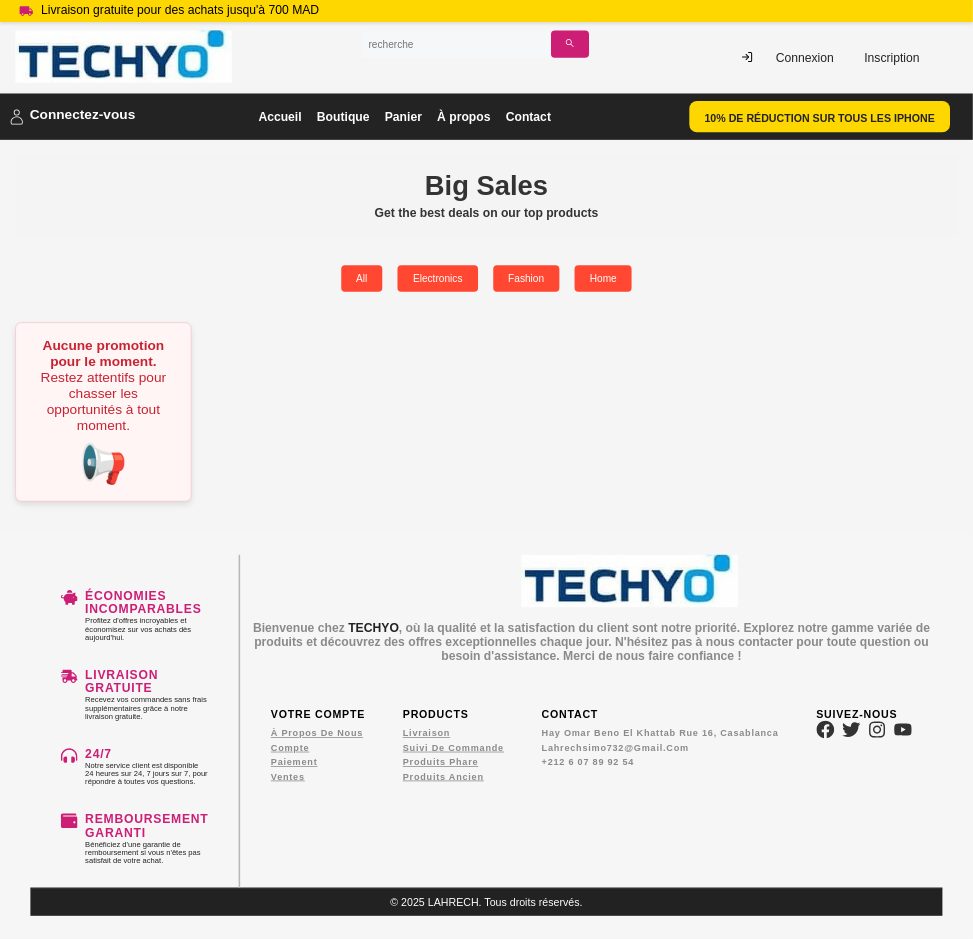
Repository: sebti-cloud/project-modern
Page: /sales (app in ecommerce_website/)
An editor plug-in stored every save of this project. The page is shown before and after the next save, followed by the edit.
The browser window is 1280 px wide. The pictures show the whole page, at 76% of full size.
The page's requests for data from a server got no answer. The project was rebuilt for these pictures with package versions that can differ from the ones it lists, and the page was loaded fresh each time. No one was signed in, and anything a server would have sent is missing. Also part of the build but not shown: ecommerce_website/src/comp/home.js, ecommerce_website/src/comp/shop.js, ecommerce_website/src/comp/cart.js, ecommerce_website/src/comp/contact.js, ecommerce_website/src/comp/rout.js, ecommerce_website/src/comp/Products.js, ecommerce_website/src/comp/Orders.js, ecommerce_website/src/comp/LikedProducts.js and 23 more.

Above is the page before, as saved 2025-01-08 18:31:39.

### ecommerce_website/src/styles/app.css
/* app.css */
body {
    font-family: Arial, sans-serif;
    margin: 0;
    padding: 0;
    background-color: #f5f5f5;
  }

  h1 {
    color: #333;
  }

  button {
    background-color: #007bff;
    color: white;
    border: none;
    padding: 10px 20px;
    cursor: pointer;
  }

  button:hover {
    background-color: #0056b3;
  }

### ecommerce_website/src/comp/Sales.js
import React, { useState, useEffect } from 'react';
import './sales.css';
import { AiOutlineShoppingCart } from 'react-icons/ai';

const Sales = ({ addtocart }) => {
    const [products, setProducts] = useState([]);
    const [loading, setLoading] = useState(true);
    const [filter, setFilter] = useState('all');

    useEffect(() => {
        fetchProducts();
    }, []);

    const fetchProducts = async () => {
        try {
            const response = await fetch('http://localhost:3001/api/products');
            const data = await response.json();
            const salesProducts = data.filter((x) => x.types && x.types.includes('sale'));
            setProducts(salesProducts);
            setLoading(false);
        } catch (error) {
            console.error('Error fetching products:', error);
            setLoading(false);
        }
    };

    const filterProducts = async (category) => {
        setFilter(category);
        setLoading(true);
        try {
            let url = `http://localhost:3001/api/products`;
            if (category !== 'all') {
                url += `?category=${category}`;
            }
            const response = await fetch(url);
            const data = await response.json();
            const filteredProducts = data.filter((x) => x.types && x.types.includes('sale'));
            setProducts(filteredProducts);
            setLoading(false);
        } catch (error) {
            console.error('Error fetching filtered products:', error);
            setLoading(false);
        }
    };

    return (
        <div className="sales">
            <div className="banner">
                <h2>Big Sales</h2>
                <p>Get the best deals on our top products</p>
            </div>
            <div className="filters">
                <button onClick={() => filterProducts('all')}>All</button>
                <button onClick={() => filterProducts('electronics')}>Electronics</button>
                <button onClick={() => filterProducts('fashion')}>Fashion</button>
                <button onClick={() => filterProducts('home')}>Home</button>
            </div>
            {loading ? (
                <div className="loading">Loading...</div>
            ) : (
                <div className="products_grid">
                    {products.length > 0 ? (
                        products.map(product => (
                            <div key={product.id} className="product_card">
                                <img src={`http://localhost:3001${product.image}`} alt={product.name} />
                                <h3>{product.name}</h3>
                                <p>{product.price} MAD</p>
                                <button onClick={() => addtocart(product)}>
                                    <AiOutlineShoppingCart /> Add to Cart
                                </button>
                            </div>
                        ))
                    ) : (
                        <div className="no-promotions" style={{
                            textAlign: 'center',
                            backgroundColor: '#fff5f5',
                            color: '#c82333',
                            padding: '20px',
                            borderRadius: '8px',
                            border: '1px solid #f5c6cb',
                            marginTop: '20px',
                            boxShadow: '0 4px 8px rgba(0, 0, 0, 0.1)',
                            fontFamily: 'Arial, sans-serif',
                            fontSize: '18px',
                            maxWidth: '600px',
                            margin: '20px auto'
                        }}>
                            <strong>Aucune promotion pour le moment.</strong>
                            <p>Restez attentifs pour chasser les opportunités à tout moment.</p>
                            <div style={{ fontSize: '50px', color: '#c82333', marginTop: '10px' }}>📢</div>
                        </div>
                    )}
                </div>
            )}
        </div>
    );
};

export default Sales;

### ecommerce_website/src/comp/sales.css
.sales {
    width: 100%;
    padding: 20px;
}

.banner {
    text-align: center;
    background-color: #ff4732;
    color: #fff;
    padding: 20px 0;
}

.banner h2 {
    font-size: 36px;
    margin: 0;
}

.banner p {
    font-size: 16px;
}

.filters {
    display: flex;
    justify-content: center;
    margin: 20px 0;
}

.filters button {
    margin: 0 10px;
    padding: 10px 20px;
    border: none;
    background-color: #ff4732;
    color: #fff;
    cursor: pointer;
    transition: background-color 0.3s ease;
}

.filters button:hover {
    background-color: #e03c2f;
}

.products_grid {
    display: grid;
    grid-template-columns: repeat(auto-fill, minmax(200px, 1fr));
    gap: 20px;
}

.product_card {
    background-color: #fff;
    border: 1px solid #ddd;
    padding: 10px;
    text-align: center;
    transition: transform 0.3s ease;
}

.product_card img {
    max-width: 100%;
    height: auto;
}

.product_card h3 {
    font-size: 18px;
    margin: 10px 0;
}

.product_card p {
    font-size: 16px;
    color: #ff4732;
    margin: 10px 0;
}

.product_card button {
    background-color: #ff4732;
    color: #fff;
    border: none;
    padding: 10px 20px;
    cursor: pointer;
    transition: background-color 0.3s ease;
}

.product_card button:hover {
    background-color: #e03c2f;
}

### ecommerce_website/src/comp/delivery.css
.delivery {
    width: 100%;
    padding: 20px;
    font-family: 'Arial', sans-serif;
    color: #333;
}

.banner {
    text-align: center;
    background-color: #007BFF;
    color: #fff;
    padding: 40px 0;
    margin-bottom: 40px;
}

.banner h2 {
    font-size: 36px;
    margin: 0;
}

.banner p {
    font-size: 16px;
    color: #333;
    font-weight: 600;
}

.options, .tracking, .faq, .contact {
    margin-top: 40px;
}

.options h3, .tracking h3, .faq h3, .contact h3 {
    font-size: 28px;
    margin-bottom: 20px;
    border-bottom: 2px solid #007BFF;
    padding-bottom: 10px;
    color: #cd176c;
}

.options ul, .faq ul {
    list-style-type: none;
    padding: 0;
}

.options li, .faq li {
    margin-bottom: 20px;
    padding: 20px;
    border: 1px solid #ddd;
    border-radius: 5px;
    background-color: #f9f9f9;
    transition: background-color 0.3s ease, border-color 0.3s ease;
}

.options li:hover, .faq li:hover {
    background-color: #fed700;
    border-color: #0056b3;
    color: #232323;
}

.options li h4, .faq li h4 {
    font-size: 22px;
    margin: 0 0 10px;
}

.tracking input {
    padding: 10px;
    width: calc(100% - 150px);
    margin-right: 10px;
    font-size: 16px;
    border: 1px solid #ddd;
    border-radius: 5px;
    box-sizing: border-box;
}

.tracking button {
    padding: 10px 20px;
    background-color: #007BFF;
    color: #fff;
    border: none;
    cursor: pointer;
    transition: background-color 0.3s ease;
    border-radius: 5px;
}

.tracking button:hover {
    background-color: #0056b3;
}

.tracking-info {
    margin-top: 20px;
    padding: 20px;
    background-color: #f9f9f9;
    border: 1px solid #ddd;
    border-radius: 5px;
}

.contact a {
    color: #cd176c;
    text-decoration: none;
}

.contact a:hover {
    text-decoration: underline;
}

.contact p {
    margin: 0;
}

### ecommerce_website/src/comp/TrackOrder.css
* {
    margin: 0;
    padding: 0;
    box-sizing: border-box;
}

.main {
    width: 100%;
    height: 100vh;
    display: flex;
    justify-content: center;
    align-items: center;
    font-family: 'Poppins', sans-serif;
    flex-direction: column;
}

.main .head {
    text-align: center;
}

.main .head .head_1 {
    font-size: 30px;
    font-weight: 600;
    color: #333;
}

.main .head .head_1 span {
    color: #ff4732;
}

.main .head .head_2 {
    font-size: 16px;
    font-weight: 600;
    color: #333;
    margin-top: 3px;
}

.main ul {
    display: flex;
    margin-top: 80px;
}

.main ul li {
    list-style: none;
    display: flex;
    flex-direction: column;
    align-items: center;
}

.main ul li .icon {
    font-size: 35px;
    color: #ff4732;
    margin: 0 60px;
}

.main ul li .text {
    font-size: 14px;
    font-weight: 600;
    color: #ff4732;
}

/* Progress Div Css */
.main ul li .progress {
    width: 30px;
    height: 30px;
    border-radius: 50%;
    background-color: rgba(68, 68, 68, 0.781);
    margin: 14px 0;
    display: grid;
    place-items: center;
    color: #fff;
    position: relative;
    cursor: pointer;
}

.progress::after {
    content: " ";
    position: absolute;
    width: 125px;
    height: 5px;
    background-color: rgba(68, 68, 68, 0.781);
    right: 30px;
}

.one::after {
    width: 0;
    height: 0;
}

.main ul li .progress .uil {
    display: none;
}

.main ul li .progress p {
    font-size: 13px;
}

/* Active Css */
.main ul li .active {
    background-color: #ff4732;
    display: grid;
    place-items: center;
}

li .active::after {
    background-color: #ff4732;
}

.main ul li .active p {
    display: none;
}

.main ul li .active .uil {
    font-size: 20px;
    display: flex;
}

/* Responsive Css */
@media (max-width: 980px) {
    .main ul {
        flex-direction: column;
    }

    .main ul li {
        flex-direction: row;
    }

    .main ul li .progress {
        margin: 0 30px;
    }

    .progress::after {
        width: 5px;
        height: 55px;
        bottom: 30px;
        left: 50%;
        transform: translateX(-50%);
        z-index: -1;
    }

    .one::after {
        height: 0;
    }

    .main ul li .icon {
        margin: 15px 0;
    }
}

@media (max-width: 600px) {
    .head .head_1 {
        font-size: 24px;
    }

    .head .head_2 {
        font-size: 16px;
    }
}

### ecommerce_website/src/comp/topProducts.css
.topProducts {
    width: 100%;
    padding: 20px;
}

.banner {
    text-align: center;
    background-color: #ff4732;
    color: #fff;
    padding: 20px 0;
}

.banner h2 {
    font-size: 36px;
    margin: 0;
}

.banner p {
    font-size: 16px;
}

.filters {
    display: flex;
    justify-content: center;
    margin: 20px 0;
}

.filters button {
    margin: 0 10px;
    padding: 10px 20px;
    border: none;
    background-color: #ff4732;
    color: #fff;
    cursor: pointer;
    transition: background-color 0.3s ease;
}

.filters button:hover {
    background-color: #e03c2f;
}

.products_grid {
    display: grid;
    grid-template-columns: repeat(auto-fill, minmax(200px, 1fr));
    gap: 20px;
}

.product_card {
    background-color: #fff;
    border: 1px solid #ddd;
    padding: 10px;
    text-align: center;
    transition: transform 0.3s ease;
}

.product_card img {
    max-width: 100%;
    height: auto;
}

.product_card h3 {
    font-size: 18px;
    margin: 10px 0;
}

.product_card p {
    font-size: 16px;
    color: #ff4732;
    margin: 10px 0;
}

.product_card .rating {
    display: flex;
    justify-content: center;
    margin: 10px 0;
}

.product_card button {
    background-color: #ff4732;
    color: #fff;
    border: none;
    padding: 10px 20px;
    cursor: pointer;
    transition: background-color 0.3s ease;
}

.product_card button:hover {
    background-color: #e03c2f;
}

### ecommerce_website/src/comp/oldProduct.css
.oldProducts {
    width: 100%;
    padding: 20px;
}

.banner {
    text-align: center;
    background-color: #f4f4f4;
    padding: 20px 0;
}

.banner h2 {
    font-size: 36px;
    margin: 0;
}

.banner p {
    font-size: 16px;
}

.filters {
    display: flex;
    justify-content: center;
    margin: 20px 0;
}

.filters button {
    margin: 0 10px;
    padding: 10px 20px;
    border: none;
    background-color: #ff4732;
    color: #fff;
    cursor: pointer;
    transition: background-color 0.3s ease;
}

.filters button:hover {
    background-color: #e03c2f;
}

.products_grid {
    display: grid;
    grid-template-columns: repeat(auto-fill, minmax(200px, 1fr));
    gap: 20px;
}

.product_card {
    background-color: #fff;
    border: 1px solid #ddd;
    padding: 10px;
    text-align: center;
    transition: transform 0.3s ease;
}

.product_card img {
    max-width: 100%;
    height: auto;
}

.product_card h3 {
    font-size: 18px;
    margin: 10px 0;
}

.product_card p {
    font-size: 16px;
    color: #ff4732;
    margin: 10px 0;
}

.product_card button {
    background-color: #ff4732;
    color: #fff;
    border: none;
    padding: 10px 20px;
    cursor: pointer;
    transition: background-color 0.3s ease;
}

.product_card button:hover {
    background-color: #e03c2f;
}

### ecommerce_website/src/comp/register.css
/* Styles pour le conteneur d'inscription uniquement */
.register-page {
    height: 100vh;
    display: flex;
    justify-content: center;
    align-items: center;
    background: linear-gradient(135deg, #ff9a9e 0%, #fad0c4 100%);
    margin: 0;
    padding: 0;
    font-family: 'Arial', sans-serif;
  }

  .register-container {
    width: 100%;
    max-width: 400px;
    background: #fff;
    padding: 40px;
    border-radius: 10px;
    box-shadow: 0 4px 8px rgba(0, 0, 0, 0.1);
  }

  .register-form-container {
    display: flex;
    flex-direction: column;
    align-items: center;
  }

  h2 {
    margin-bottom: 20px;
    color: #333;
  }

  .input-group {
    width: 100%;
    margin-bottom: 20px;
  }

  .input-group label {
    display: block;
    margin-bottom: 5px;
    color: #666;
  }

  .input-group input, .input-group textarea {
    width: 100%;
    padding: 10px;
    border: 1px solid #ddd;
    border-radius: 5px;
    transition: all 0.3s;
  }

  .input-group.name input, .input-group.phone input, .input-group.password input, .input-group.email input, .input-group.address textarea {
    width: 100%;
  }

  .input-group input:focus, .input-group textarea:focus {
    border-color: #ff6f61;
    box-shadow: 0 0 8px rgba(255, 111, 97, 0.3);
    outline: none;
  }

  .register-button {
    width: 100%;
    padding: 10px 0;
    background: #ff6f61;
    color: #fff;
    border: none;
    border-radius: 5px;
    font-weight: bold;
    cursor: pointer;
    transition: all 0.3s;
  }

  .register-button:hover {
    background: #e65c53;
  }

### ecommerce_website/src/comp/login.css
/* Styles pour le conteneur de connexion uniquement */
.login-page {
    height: 100vh;
    display: flex;
    justify-content: center;
    align-items: center;
    background: linear-gradient(135deg, #ff9a9e 0%, #fad0c4 100%);
    margin: 0;
    padding: 0;
    font-family: 'Arial', sans-serif;
}

.login-container {
    width: 100%;
    max-width: 400px;
    background: #fff;
    padding: 40px;
    border-radius: 10px;
    box-shadow: 0 4px 8px rgba(0, 0, 0, 0.1);
}

.login-form-container {
    display: flex;
    flex-direction: column;
    align-items: center;
}

h2 {
    margin-bottom: 20px;
    color: #333;
}

.input-group {
    width: 100%;
    margin-bottom: 20px;
}

.input-group label {
    display: block;
    margin-bottom: 5px;
    color: #232323;
}

.input-group input {
    width: 100%;
    padding: 10px;
    border: 1px solid #ddd;
    border-radius: 5px;
    transition: all 0.3s;
}

.input-group.password input {
    width: 100%;
    /* Augmenter la largeur à 100% du conteneur parent */
}


.input-group input:focus {
    border-color: #ff6f61;
    box-shadow: 0 0 8px rgba(255, 111, 97, 0.3);
    outline: none;
}

.login-button {
    width: 100%;
    padding: 10px 0;
    background: #ff6f61;
    color: #fff;
    border: none;
    border-radius: 5px;
    font-weight: bold;
    cursor: pointer;
    transition: all 0.3s;
    margin-bottom: 10px;
}

.login-button:hover {
    background: #e65c53;
}

.google-login-button {
    width: 100%;
    padding: 10px 0;
    background: #4285f4;
    color: #fff;
    border: none;
    border-radius: 5px;
    font-weight: bold;
    cursor: pointer;
    transition: all 0.3s;
}

.google-login-button:hover {
    background: #357ae8;
}

.signup-link {
    margin-top: 20px;
    color: #666;
    font-size: 14px;
}

.signup-link a {
    color: #4285f4;
    text-decoration: none;
}

.signup-link a:hover {
    text-decoration: underline;
}

### ecommerce_website/src/comp/UserProfile.css
.profile-container {
    display: flex;
    flex-direction: column;
    align-items: center;
    padding: 20px;
    background-color: #f5f5f5;
    border-radius: 10px;
    box-shadow: 0 0 10px rgba(0, 0, 0, 0.1);
  }

  .profile-title {
    font-size: 24px;
    font-weight: bold;
    margin-bottom: 20px;
  }

  .profile-photo {
    width: 150px;
    height: 150px;
    border-radius: 50%;
    object-fit: cover;
    margin-bottom: 20px;
  }

  .profile-placeholder {
    font-size: 18px;
    color: #888;
    margin-bottom: 20px;
  }

  button {
    background-color: #4caf50;
    color: white;
    padding: 10px 20px;
    border: none;
    border-radius: 5px;
    cursor: pointer;
  }

  button:hover {
    background-color: #45a049;
  }

  input[type="file"] {
    margin-bottom: 20px;
  }

### ecommerce_website/src/comp/contact.css
* {
    margin: 0;
    padding: 0;
    font-family: sans-serif;
    box-sizing: border-box;
}

.contact {
    padding: 20px 40px;
    width: 100%;
}

.contact .container {
    padding: 10px 20px;
    max-width: 100%;
}

.contact .container .form {
    width: 500px;
    background: #f6f6f6;
    padding: 20px 30px;
    box-shadow: rgba(0, 0, 0, 0.24) 0px 3px 8px;
    margin: 0px auto;
    border-top: 3px solid #fed700;
    border-radius: 5px;
}

.contact .container .form h2 {
    color: #cd1e76;
    text-transform: uppercase;
    font-size: 18px;
    letter-spacing: 1px;
    font-weight: 600;
}

.contact .container .form .box {
    display: flex;
    margin-top: 20px;
    justify-content: space-between;
    width: 100%; /* Assure la pleine largeur de la boîte */
}

.contact .container .form .box .label h4 {
    margin-left: 30px;
    color: #232323;
    font-size: 14px;
    font-weight: 600;
    margin-top: 10px;
}

.contact .container .form .box .input input,
.contact .container .form .box .input textarea {
    width: calc(100% - 40px); /* Ajuste la largeur pour permettre un padding */
    margin-right: 16px; /* Correction de la marge */
    border: none;
    outline: none;
    background: none;
    border-bottom: 2px solid #8a8a8a;
    padding: 10px 20px;
}

.contact .container .form .box .input textarea {
    resize: none;
}

.contact .container .form button {
    margin-top: 20px;
    margin-left: 30px;
    padding: 10px 30px;
    color: #232323;
    border: none;
    outline: none;
    background: #fed700;
    cursor: pointer;
}

Loaded but not shown: ecommerce_website/public/index.html (common file); ecommerce_website/src/App.js (449 lines, source omitted); ecommerce_website/src/comp/nav.js (328 lines, source omitted); ecommerce_website/src/comp/footer.js (127 lines, source omitted); ecommerce_website/src/comp/home_product.js (112 lines, source omitted); ecommerce_website/src/index.js (22 lines, source omitted); ecommerce_website/src/comp/home.css (648 lines, source omitted); ecommerce_website/src/comp/admin.css (473 lines, source omitted); ecommerce_website/src/comp/shop.css (317 lines, source omitted); ecommerce_website/src/comp/cart.css (240 lines, source omitted); ecommerce_website/src/comp/nav.css (230 lines, source omitted); ecommerce_website/src/comp/footer.css (166 lines, source omitted)

After the next save:
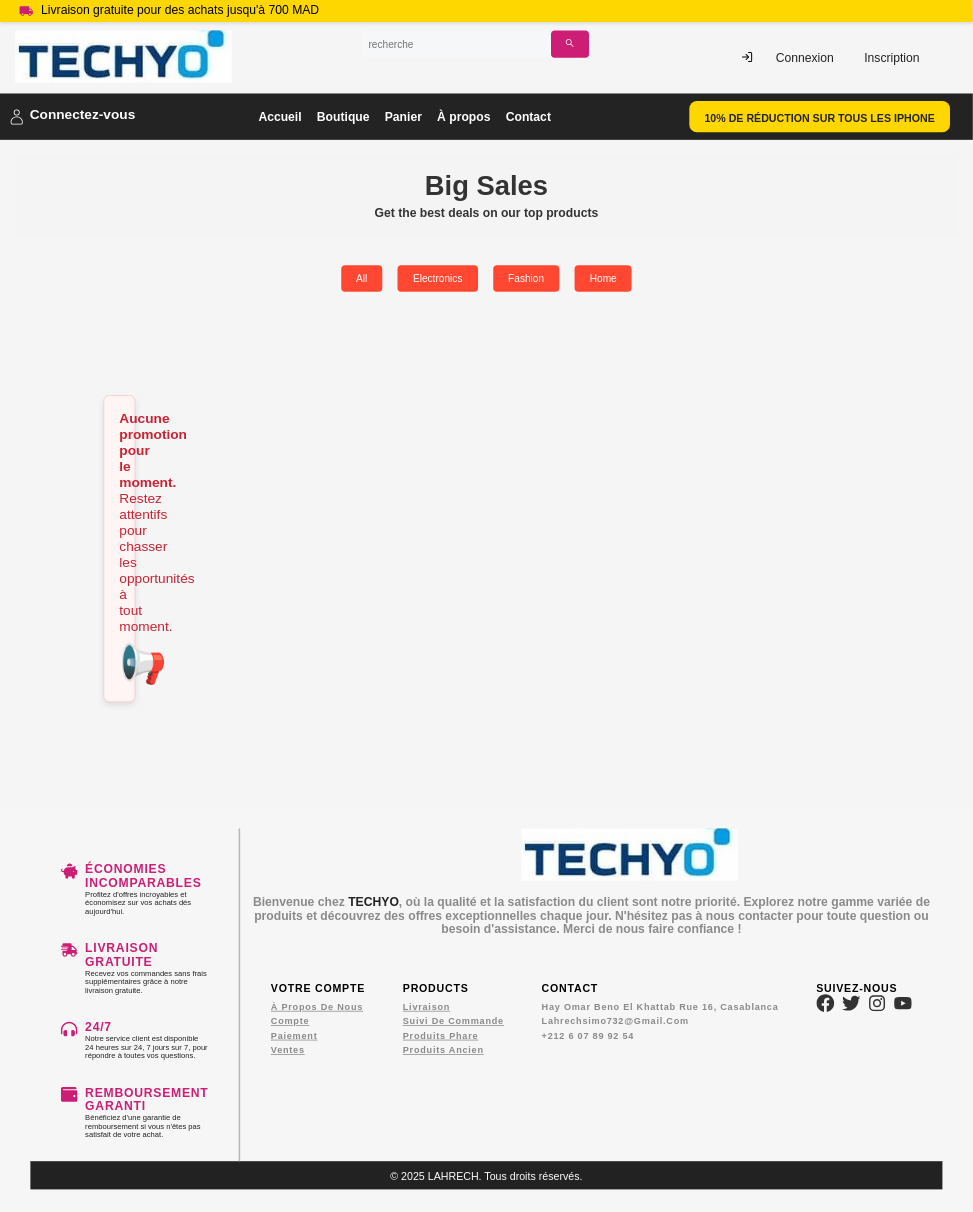
Saved 56 s later.
--- a/ecommerce_website/src/comp/Sales.js
+++ b/ecommerce_website/src/comp/Sales.js
@@ -83,7 +83,7 @@
                             fontFamily: 'Arial, sans-serif',
                             fontSize: '18px',
                             maxWidth: '600px',
-                            margin: '20px auto'
+                            margin: '50%'
                         }}>
                             <strong>Aucune promotion pour le moment.</strong>
                             <p>Restez attentifs pour chasser les opportunités à tout moment.</p>

After the save that followed:
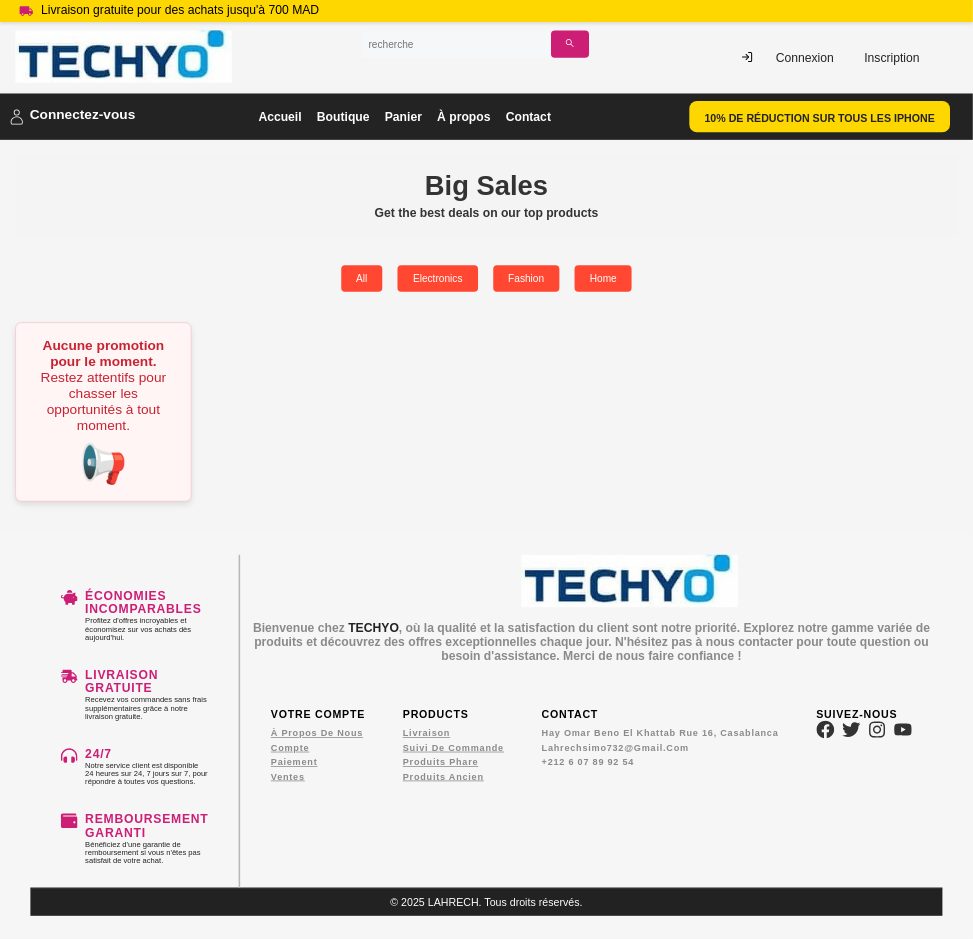
Saved 5 s later.
--- a/ecommerce_website/src/comp/Sales.js
+++ b/ecommerce_website/src/comp/Sales.js
@@ -83,7 +83,7 @@
                             fontFamily: 'Arial, sans-serif',
                             fontSize: '18px',
                             maxWidth: '600px',
-                            margin: '50%'
+                            margin: '20px auto'
                         }}>
                             <strong>Aucune promotion pour le moment.</strong>
                             <p>Restez attentifs pour chasser les opportunités à tout moment.</p>
